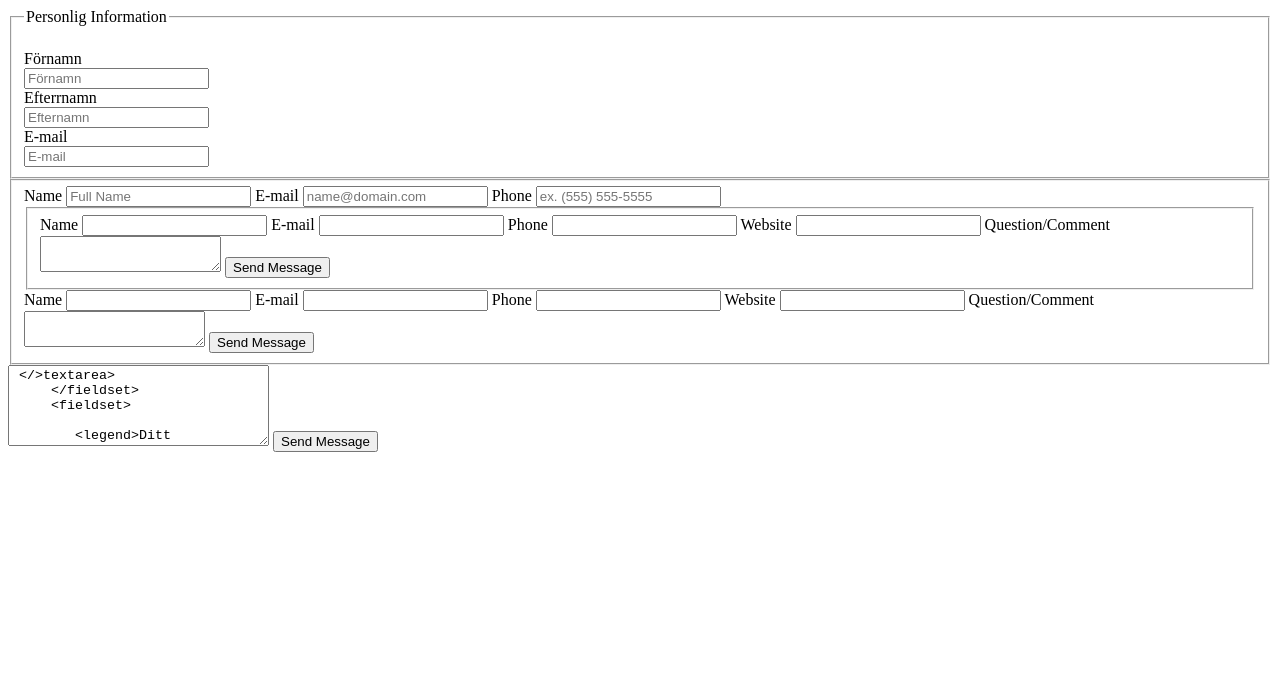
Repository: dn222em/1ik415-laborationer
Page: pages/Kontakt.html
The author's editor kept a record of every edit. The page is drawn from the files as they stood at one moment, then again after the next edit.
The browser window is 1280 px wide. The pictures show the whole page.

Above is the page before.

After the next edit:
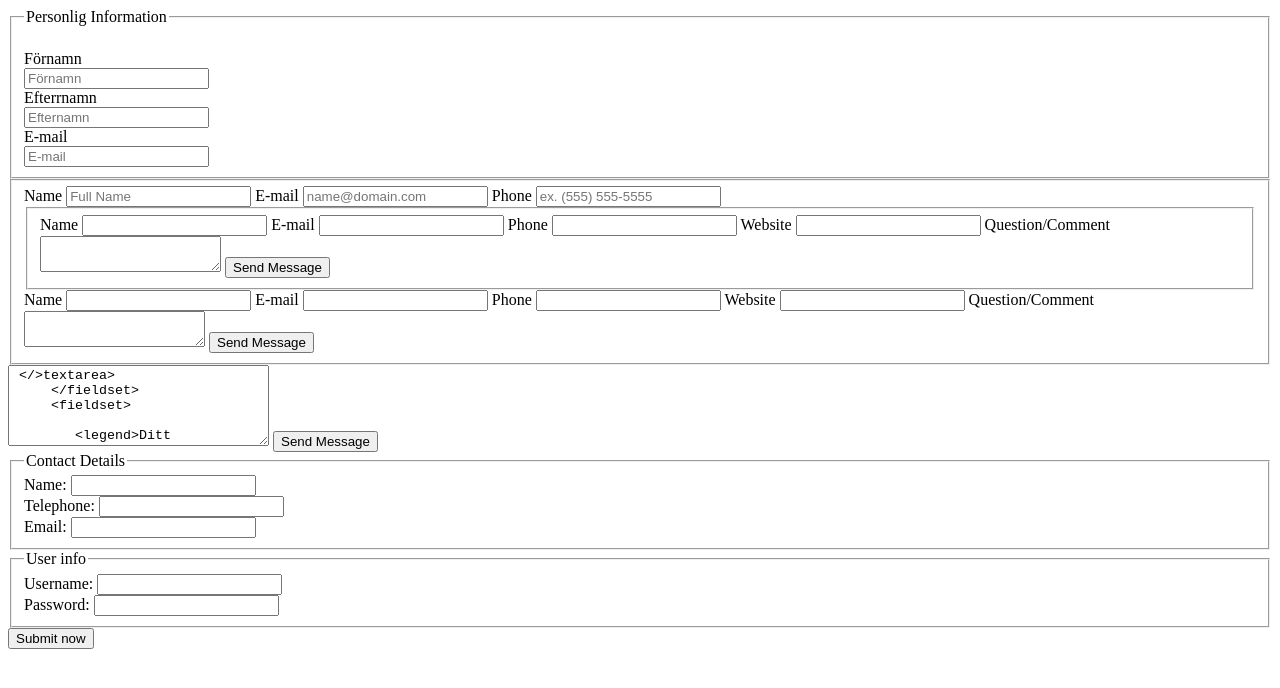
The edit:
--- a/pages/Kontakt.html
+++ b/pages/Kontakt.html
@@ -101,6 +101,28 @@
 
 </fieldset>
 
+<fieldset>
+                <legend>Contact Details</legend>
+                        <label for="name">Name:</label>
+                        <input id="name"><br />
+
+                        <label for="telephone">Telephone:</label>
+                        <input id="telephone"><br />
+
+                        <label for="user-email">Email:</label>
+                        <input id="user-email">
+        </fieldset>
+        <fieldset>
+                <legend>User info</legend>
+                        <label for="username">Username:</label>
+                        <input id="username"><br />
+
+                        <label for="password">Password:</label>
+                        <input id="password"><br />
+        </fieldset>
+        <input type="submit" value="Submit now" />
+
+
         </form>
 
 
